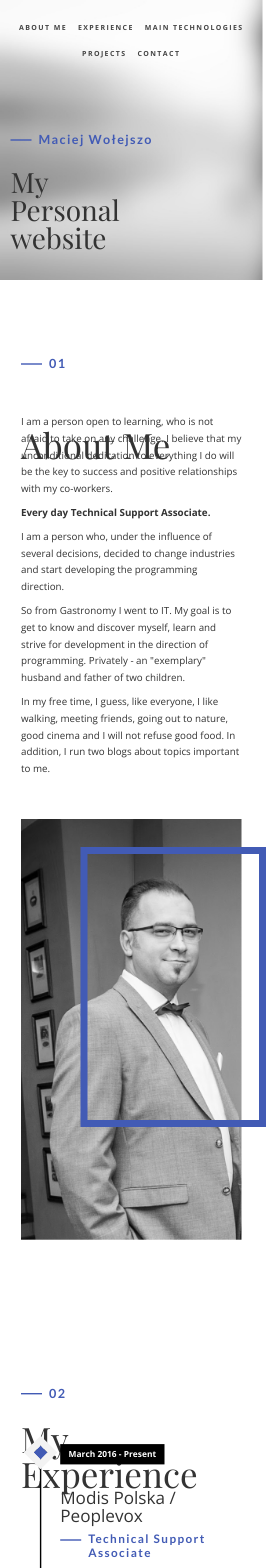
Repository: Maciej85Lodz/maciejwolejszo.pl
Page: index.html
These files come from the project's save history. The page is drawn as it stood at one moment and after the next save; the edit follows.
The browser window is 375 px wide. The page is 380 px wide, so the pictures cover 380 px, including what lies to the right of the window. The pictures show the part of the page from y = 0 to 2240 px (the page is 6249 px tall before and 6399 px after), at 70% of full size.
Some web fonts or font styles are not loaded; a fallback is used.

Above is the page before, as saved 2019-06-01 00:24:35.
Console error: TypeError: Cannot set properties of null (setting 'innerHTML')

After the next save:
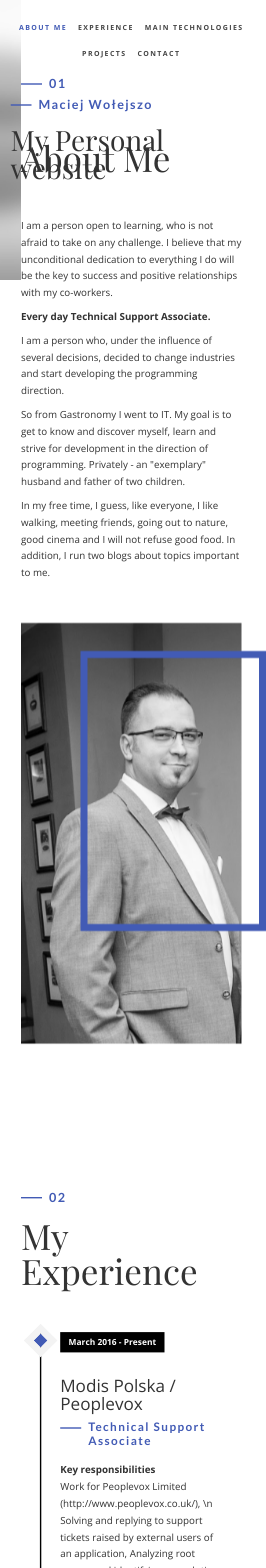
Saved 3 min 43 s later.
--- a/css/style.css
+++ b/css/style.css
@@ -278,7 +278,7 @@ a.active {
     background: url(../img/home-bg-2.jpg);
     background-size: cover;
     height: 90vh;
-    position: absolute;
+    position: relatabsoluteive;
 }
 
 .table-cell {
@@ -782,12 +782,11 @@ fieldset {
         font-family: 'Playfair Display', serif;
         font-size: 40px;
         line-height: 40px;
-        position: absolute;
     }
     #home,
     .disply-table {
         height: 400px;
-        position: relative;
+        position: fixed;
     }
     .about-border {
         width: 265px;
